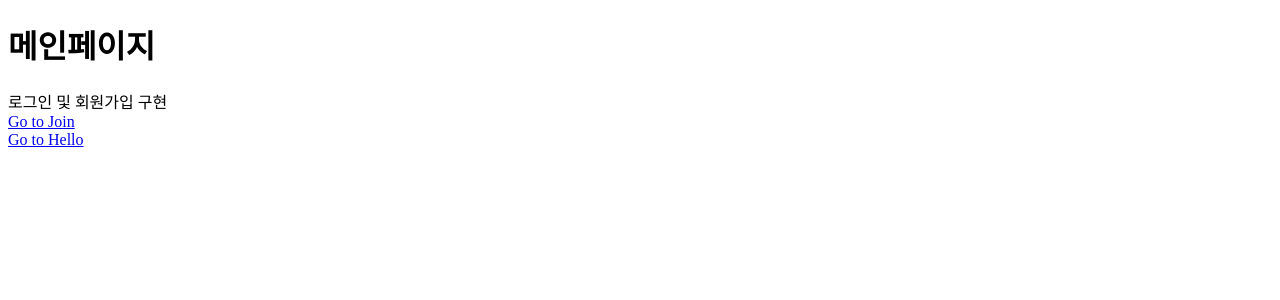
Repository: kjm541006/Ezen
Page: project/src/main/resources/static/index.html
An editor plug-in stored every save of this project. The page is shown before and after the next save, followed by the edit.
The browser window is 1280 px wide. The pictures show the whole page.

Above is the page before, as saved 2023-06-07 07:27:23.

### project/src/main/resources/static/index.html
<!doctype html>
<html lang="ko">
<head>
	<meta charset="UTF-8" />
	<title>Document</title>
</head>
<body>
	<h1>메인페이지</h1>
	<span>로그인 및 회원가입 구현</span>
	<br />
	<a href="/join">Go to Join</a>
	<br />
	<a href="/hello">Go to Hello</a>
</body>
</html>

After the next save:
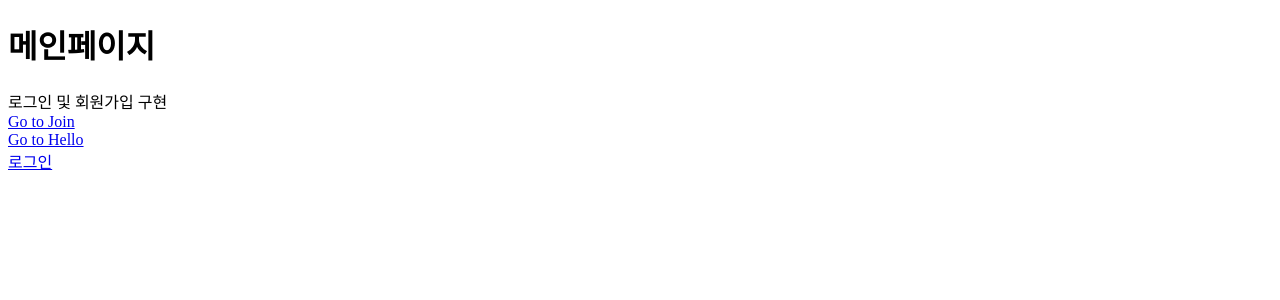
Saved 9 min 38 s later.
--- a/project/src/main/resources/static/index.html
+++ b/project/src/main/resources/static/index.html
@@ -11,5 +11,7 @@
 	<a href="/join">Go to Join</a>
 	<br />
 	<a href="/hello">Go to Hello</a>
+	<br />
+	<a href="/login">로그인</a>
 </body>
 </html>
